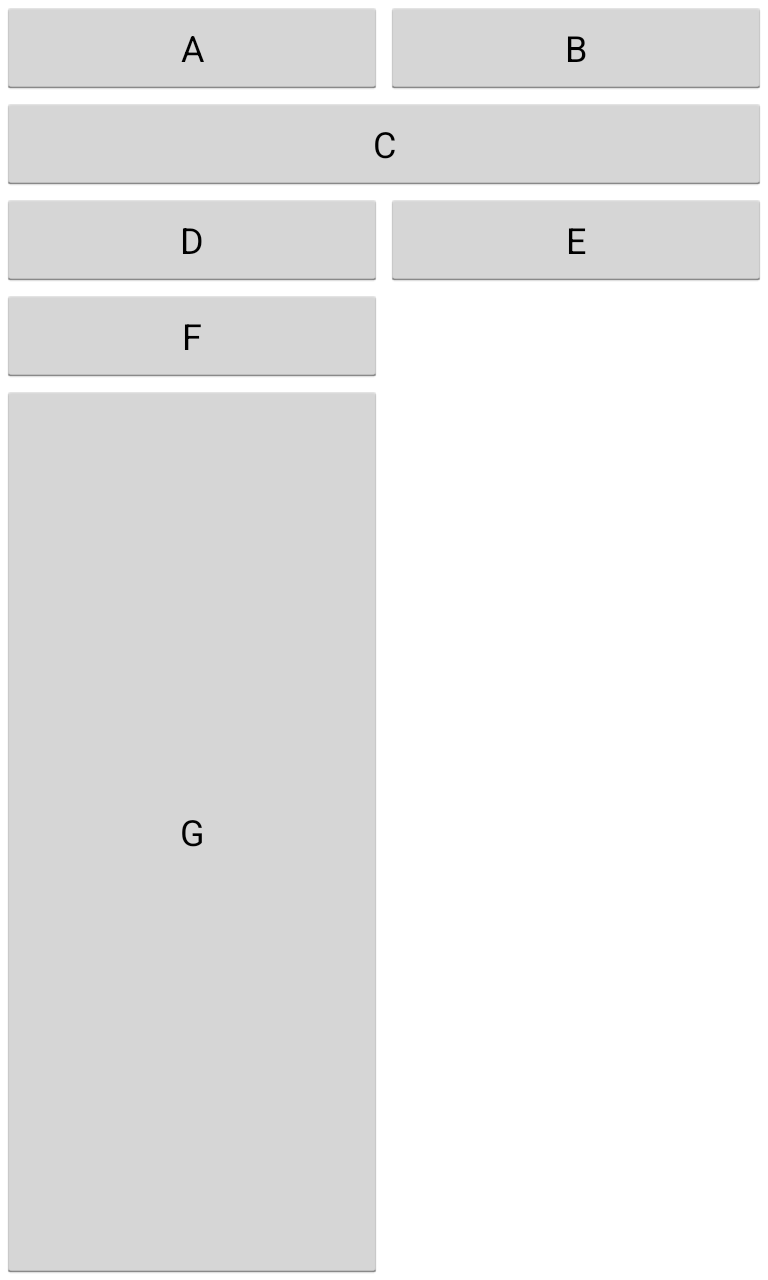
Repository: iracom/ejercicios-android
Layout: Layouts/res/layout/activity_relative.xml
The author's editor kept a copy of each file at every save. The layout is drawn from the files as they stood at one save, then again after the next save.
It is drawn on a 768 x 1280 px phone screen (xhdpi) without system bars, with theme AppTheme; the app's code is not run.

Above is the layout before, as saved 2014-05-07 07:54:48.

After the next save:
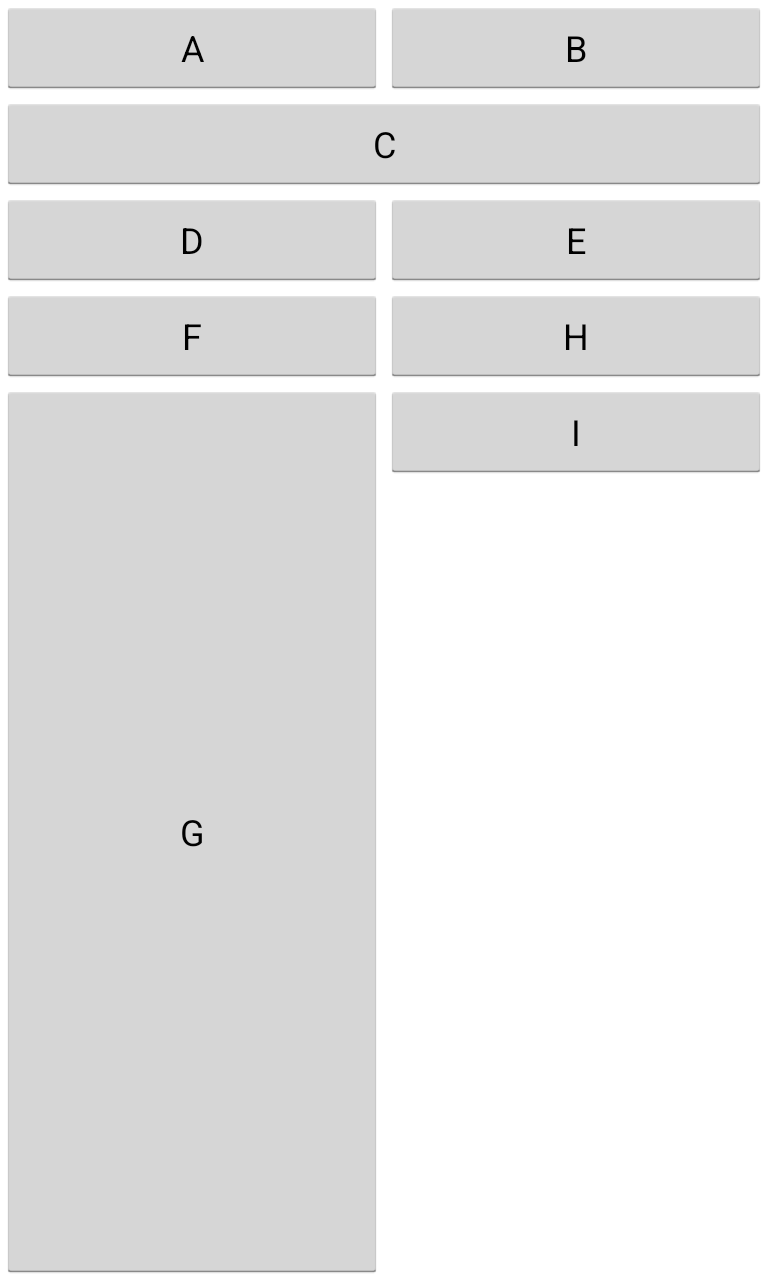
Saved 2 min 14 s later.
--- a/Layouts/res/layout/activity_relative.xml
+++ b/Layouts/res/layout/activity_relative.xml
@@ -88,4 +88,22 @@
             android:layout_alignRight="@id/textView3"
             android:text="@string/button_g" />
 
+    <Button
+        android:id="@+id/button8"
+        android:layout_width="wrap_content"
+        android:layout_height="wrap_content"
+        android:layout_alignBaseline="@+id/button6"
+        android:layout_alignParentRight="true"
+        android:layout_alignLeft="@id/textView3"
+        android:text="@string/button_h" />
+
+    <Button
+        android:id="@+id/button9"
+        android:layout_width="wrap_content"
+        android:layout_height="wrap_content"
+        android:layout_alignParentRight="true"
+        android:layout_alignLeft="@id/textView3"
+        android:layout_below="@+id/button8"
+        android:text="@string/button_i" />
+
 </RelativeLayout>
